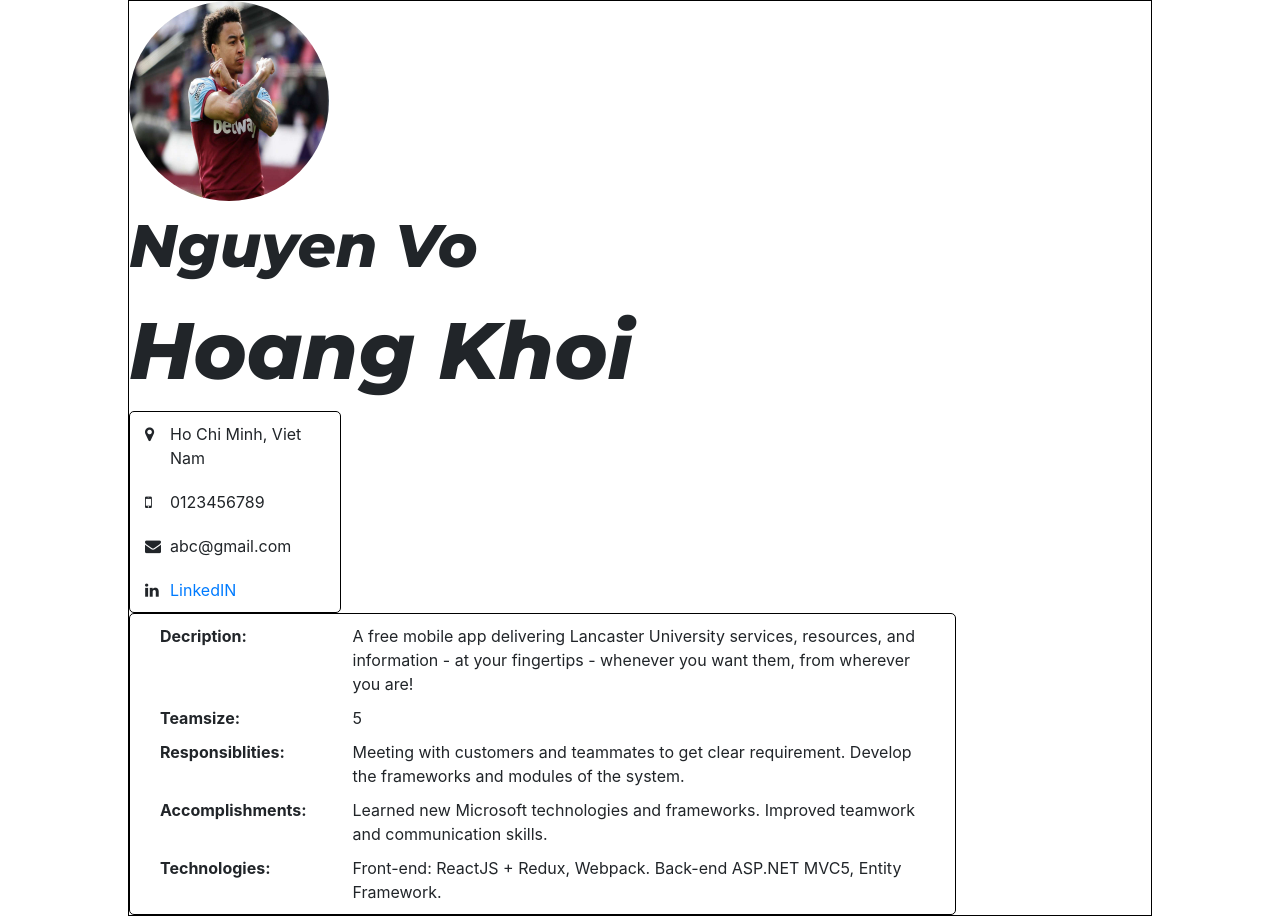
Repository: khoibanh113/mycv
Page: /
The author's editor kept a copy of each file at every save. The page is drawn from the files as they stood at one save, then again after the next save.
The browser window is 1280 px wide. The pictures show the whole page.
The project was rebuilt for these pictures with package versions that can differ from the ones it lists, and the page was loaded fresh each time.

Above is the page before, as saved 2021-04-02 15:53:26.

After the next save:
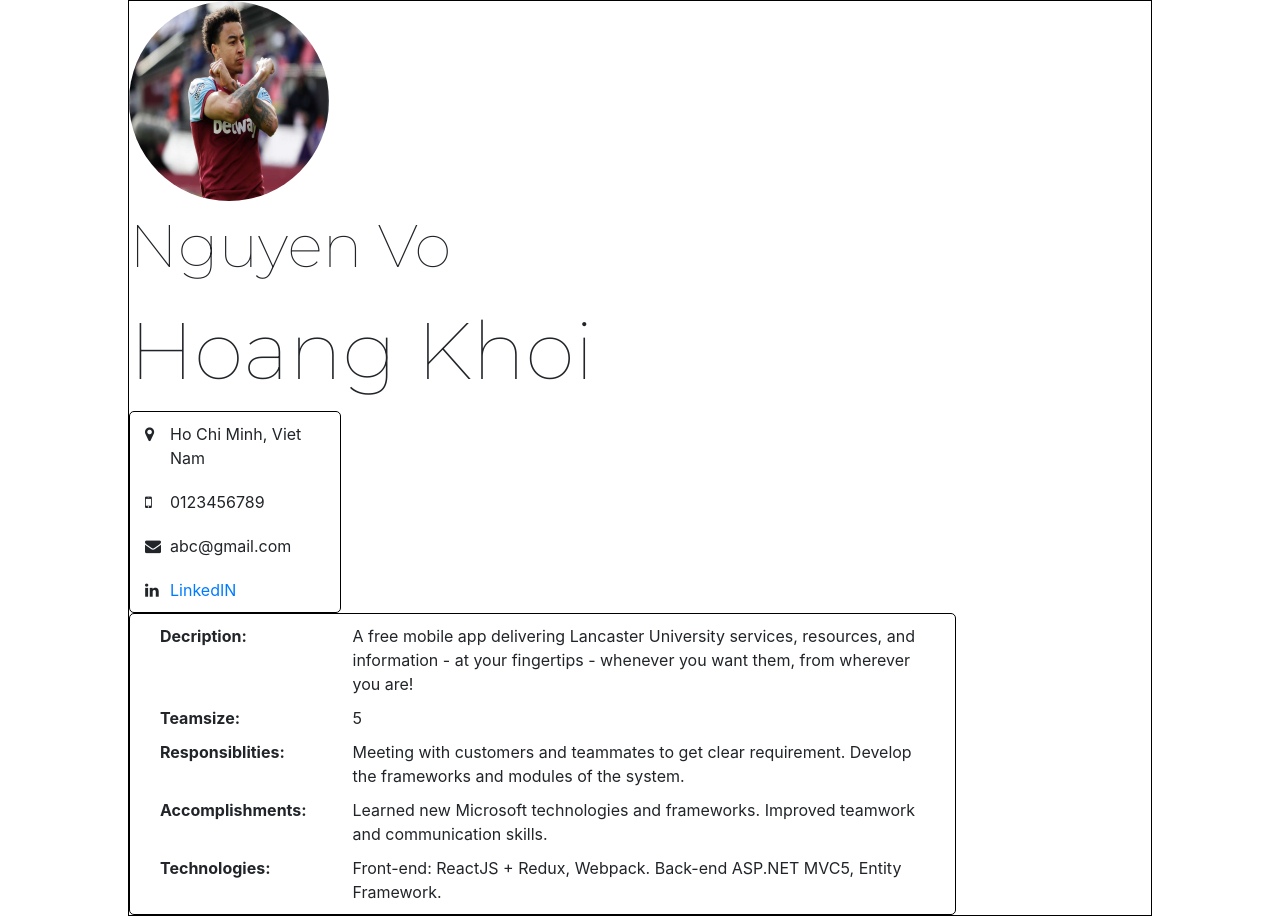
Saved 58 s later.
--- a/src/css/name.css
+++ b/src/css/name.css
@@ -1,4 +1,4 @@
-@import url('https://fonts.googleapis.com/css2?family=Montserrat:ital,wght@1,800&display=swap');
+@import url('https://fonts.googleapis.com/css2?family=Montserrat:ital,wght@0,100;1,800&display=swap');
 .last-Name{
     font-family: 'Montserrat', sans-serif;
     font-size: 60px;
